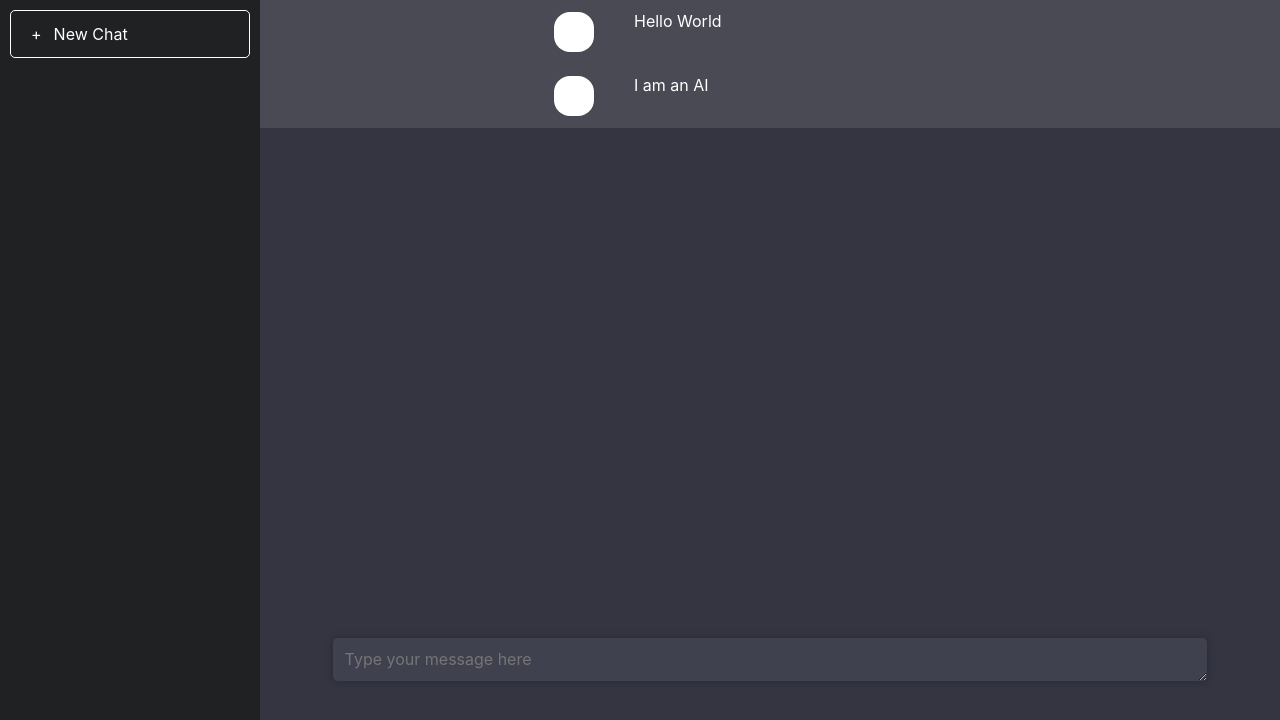
Repository: lancenigel/ChatGPT-Clone
Page: / (app in client/)
The author's editor kept a copy of each file at every save. The page is drawn from the files as they stood at one save, then again after the next save.
The browser window is 1280 px wide. The pictures show the whole page.
The project was rebuilt for these pictures with package versions that can differ from the ones it lists, and the page was loaded fresh each time.

Above is the page before, as saved 2024-02-04 00:47:19.

After the next save:
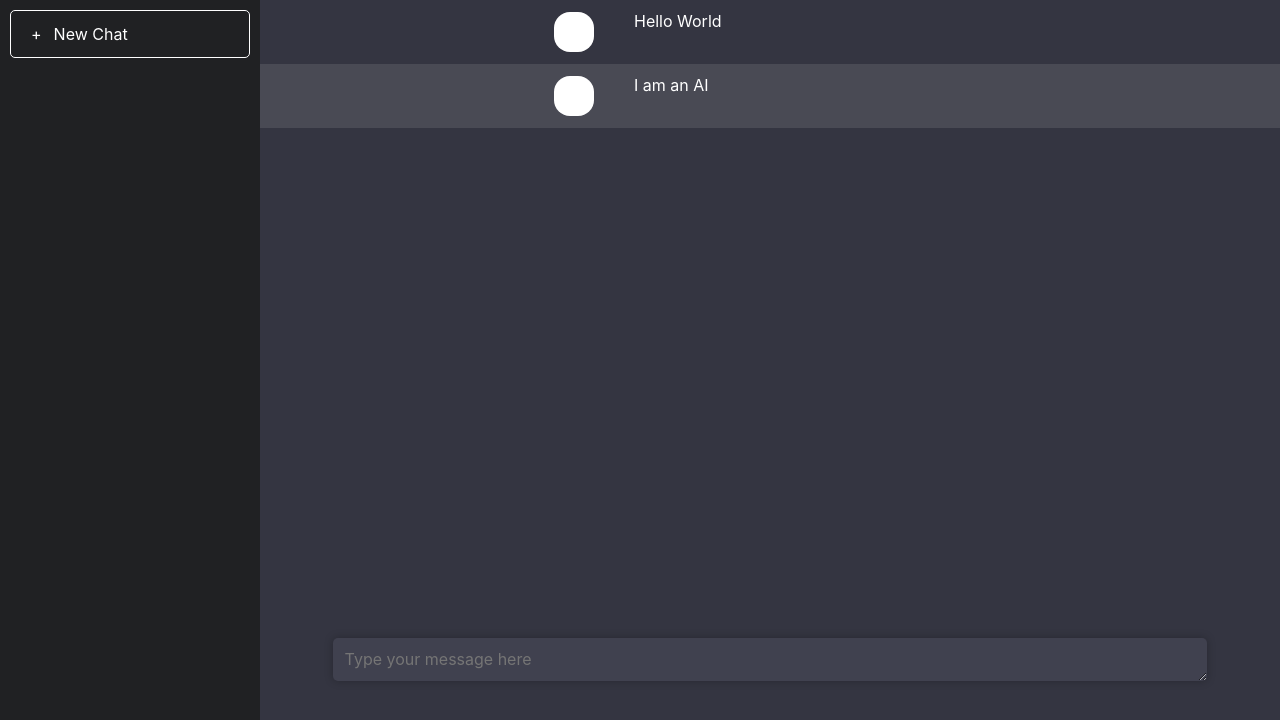
Saved 2 days later.
--- a/client/src/App.css
+++ b/client/src/App.css
@@ -17,7 +17,7 @@
   text-align: left;
 }
 
-.chat-message{
+.chat-message.chatgpt{
   background-color: rgb(255, 255, 255, 0.1);
 }
 
